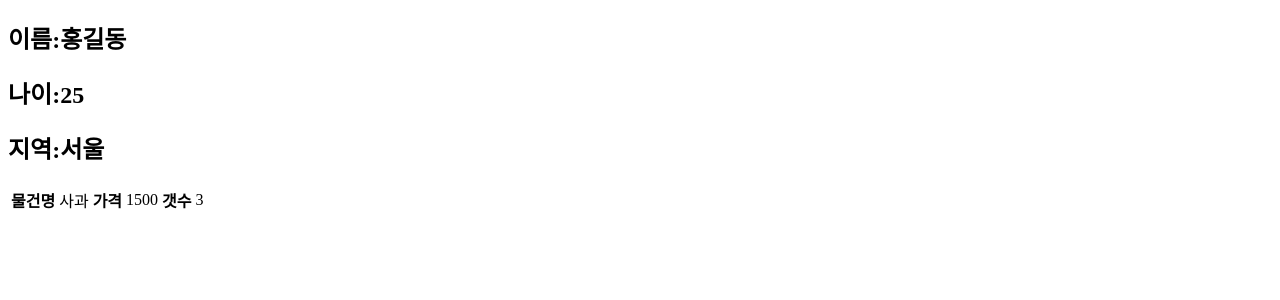
Repository: buildadoor/eclipse
Page: http://localhost/jspexp/a02_jsp/a01_begin/a01_start.jsp
The author's editor kept a copy of each file at every save. The page is drawn from the files as they stood at one save, then again after the next save.
The browser window is 1280 px wide. The pictures show the whole page.
The page is served by Tomcat 9.

Above is the page before, as saved 2022-11-14 05:35:43.

After the next save:
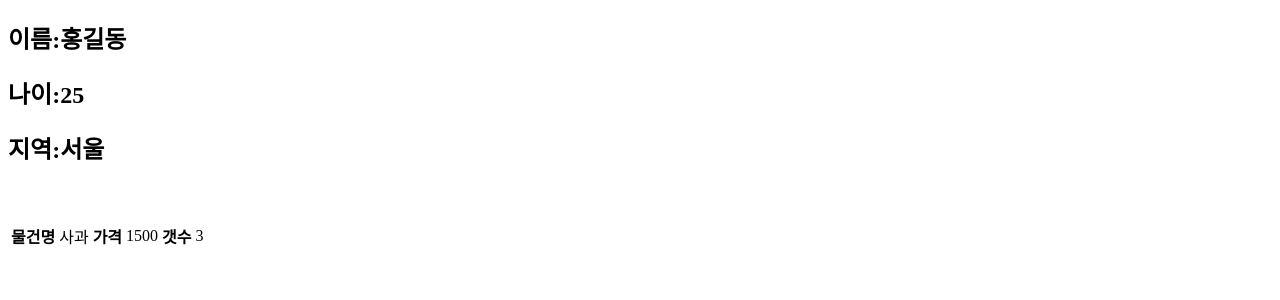
Saved 16 s later.
--- a/jspexp/src/main/webapp/a02_jsp/a01_begin/a01_start.jsp
+++ b/jspexp/src/main/webapp/a02_jsp/a01_begin/a01_start.jsp
@@ -29,8 +29,8 @@
 	int pcnt = 3;
 	%>
 	<table>
-	<th>물건명</th><td><%=pname%></td>
-	<th>가격</th><td><%=price%></td>
+	<th>물건명</th><td><%=pname%></td><br>
+	<th>가격</th><td><%=price%></td><br>
 	<th>갯수</th><td><%=pcnt%></td>
 
 	</table>
